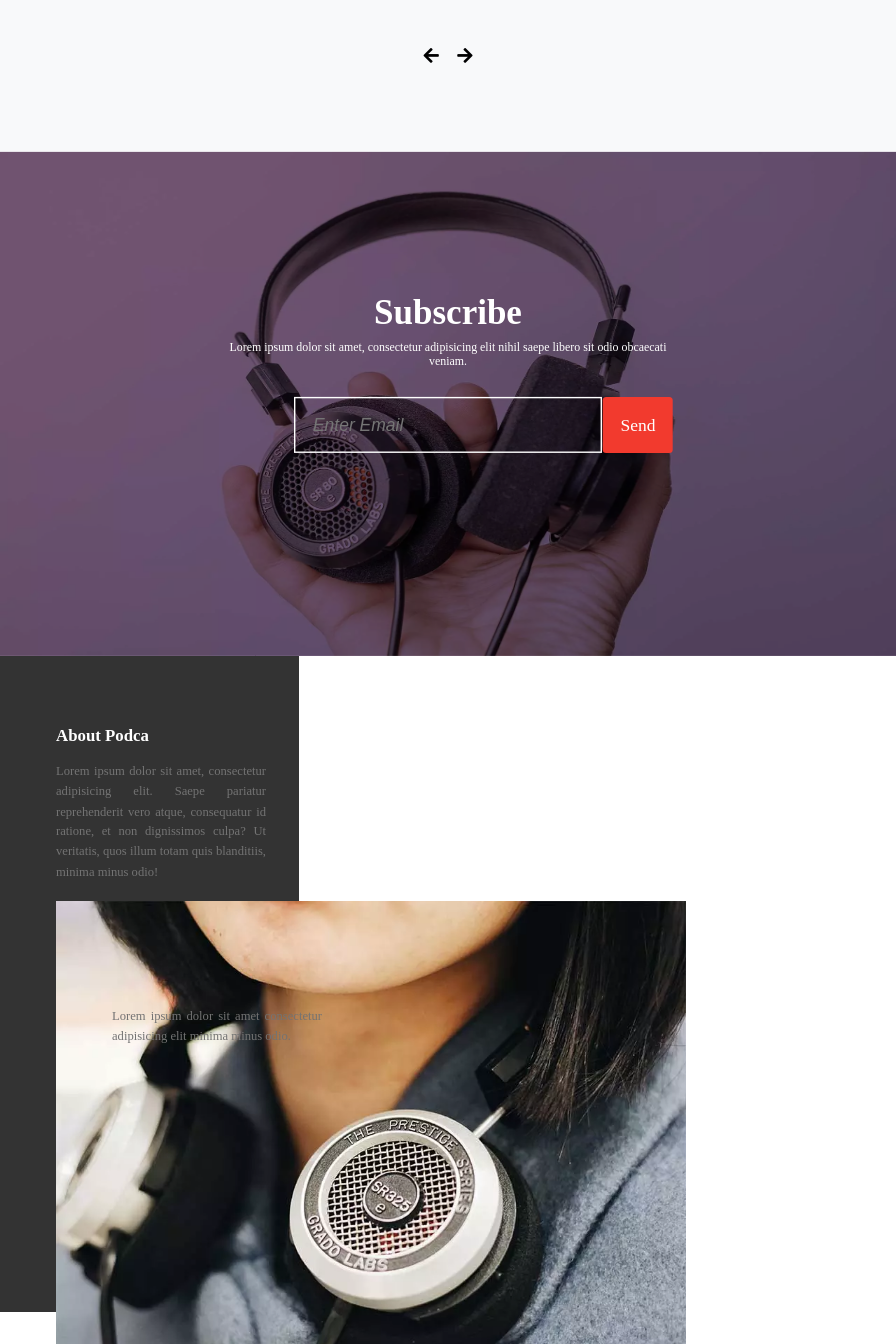
Repository: nhutduy0803/template2
Page: index.html
An editor plug-in stored every save of this project. The page is shown before and after the next save, followed by the edit.
The browser window is 1280 px wide. The pictures show the part of the page from y = 4580 to 6500 px (the page is 6745 px tall before and 6453 px after), at 70% of full size.

Above is the page before, as saved 2021-12-10 18:36:27.

After the next save:
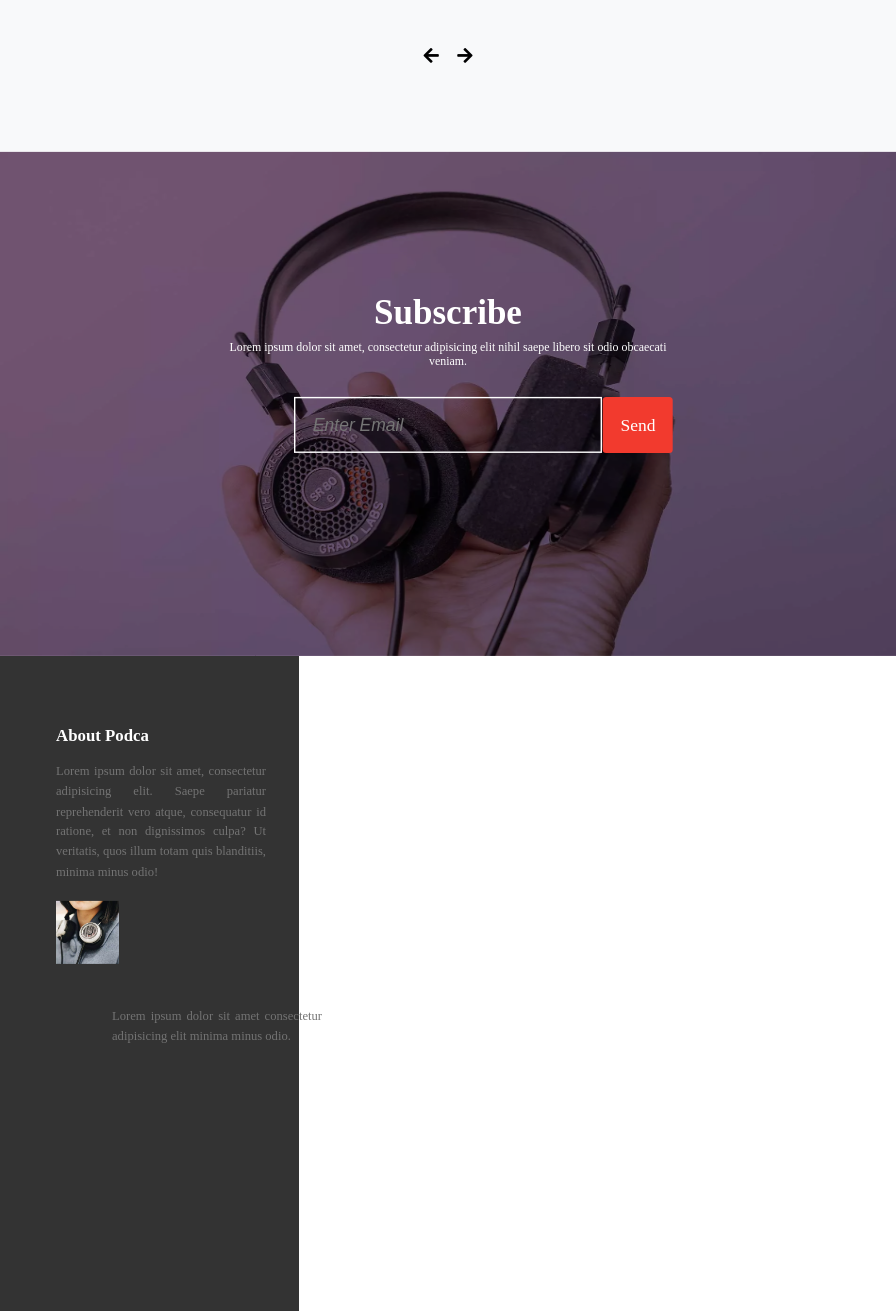
Saved 54 s later.
--- a/assets/css/style.css
+++ b/assets/css/style.css
@@ -830,3 +830,13 @@
   height: 400px;
   width: 330px;
 }
+
+.img-podcast {
+  width: 90px;
+  height: 90px;
+}
+
+.img-podcast img {
+  width: 100%;
+  height: 100%;
+}
